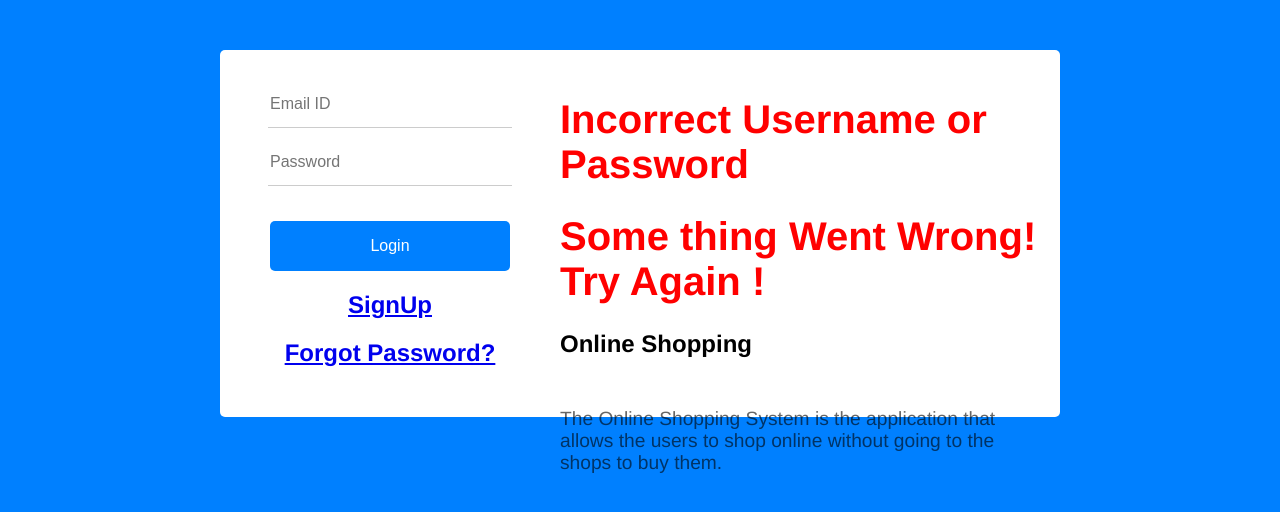
Repository: RajanKr004/E-commerce-Website-for-Sporty-Shoes-
Page: http://localhost/Phase_3_Ecommerce_website/login.jsp
An editor plug-in stored every save of this project. The page is shown before and after the next save, followed by the edit.
The browser window is 1280 px wide. The pictures show the whole page.
The page is served by Tomcat 9. Other server files are loaded and not shown.

Above is the page before, as saved 2022-02-09 07:00:10.

### Phase 3 Ecommerce website/src/main/webapp/login.jsp

<!DOCTYPE html>
<html>
<head>
<link rel="stylesheet" href="css/signup-style.css">
<title>Login</title>
</head>
<body>
	<div id='container'>
		<div class='signup'>
			<form action="loginAction.jsp" method="post">
				<input type="text" name="email" placeholder="Email ID"> <input
					type="password" name="password" placeholder="Password"> <input
					type="submit" value="Login">
			</form>
			<h2>
				<a href="signup.jsp">SignUp</a>
			</h2>
			<h2>
				<a href="forgotPassword.jsp">Forgot Password?</a>
			</h2>
		</div>
		<div class='whysignLogin'>
			<h1>Incorrect Username or Password</h1>

			<h1>Some thing Went Wrong! Try Again !</h1>

			<h2>Online Shopping</h2>
			<p>The Online Shopping System is the application that allows the
				users to shop online without going to the shops to buy them.</p>
		</div>
	</div>

</body>
</html>

Loaded but not shown: Phase 3 Ecommerce website/src/main/webapp/css/signup-style.css (common file)

After the next save:
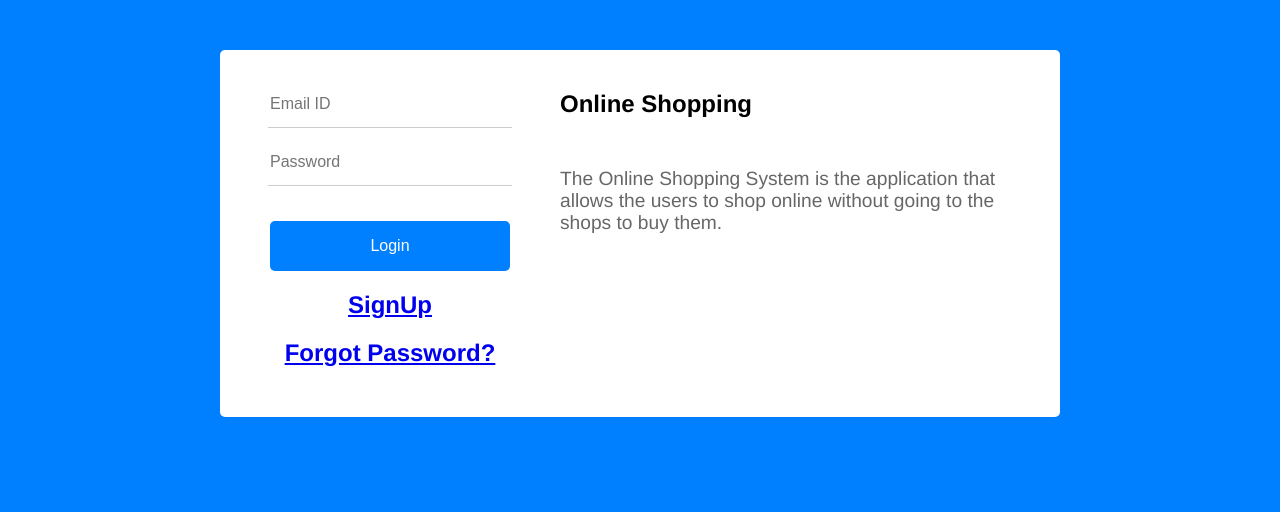
Saved 5 min 38 s later.
--- a/Phase 3 Ecommerce website/src/main/webapp/login.jsp
+++ b/Phase 3 Ecommerce website/src/main/webapp/login.jsp
@@ -21,9 +21,25 @@
 			</h2>
 		</div>
 		<div class='whysignLogin'>
+
+			<%
+			String msg = request.getParameter("msg");
+			if ("notexist".equals(msg)) {
+			%>
 			<h1>Incorrect Username or Password</h1>
+			<%
+			}
+			if ("invalid".equals(msg)) {
+			%>
+			<h1>Some thing Went Wrong! Try Again !</h1>
+			<%
+			}
+			%>
 
-			<h1>Some thing Went Wrong! Try Again !</h1>
+
+
+
+
 
 			<h2>Online Shopping</h2>
 			<p>The Online Shopping System is the application that allows the
